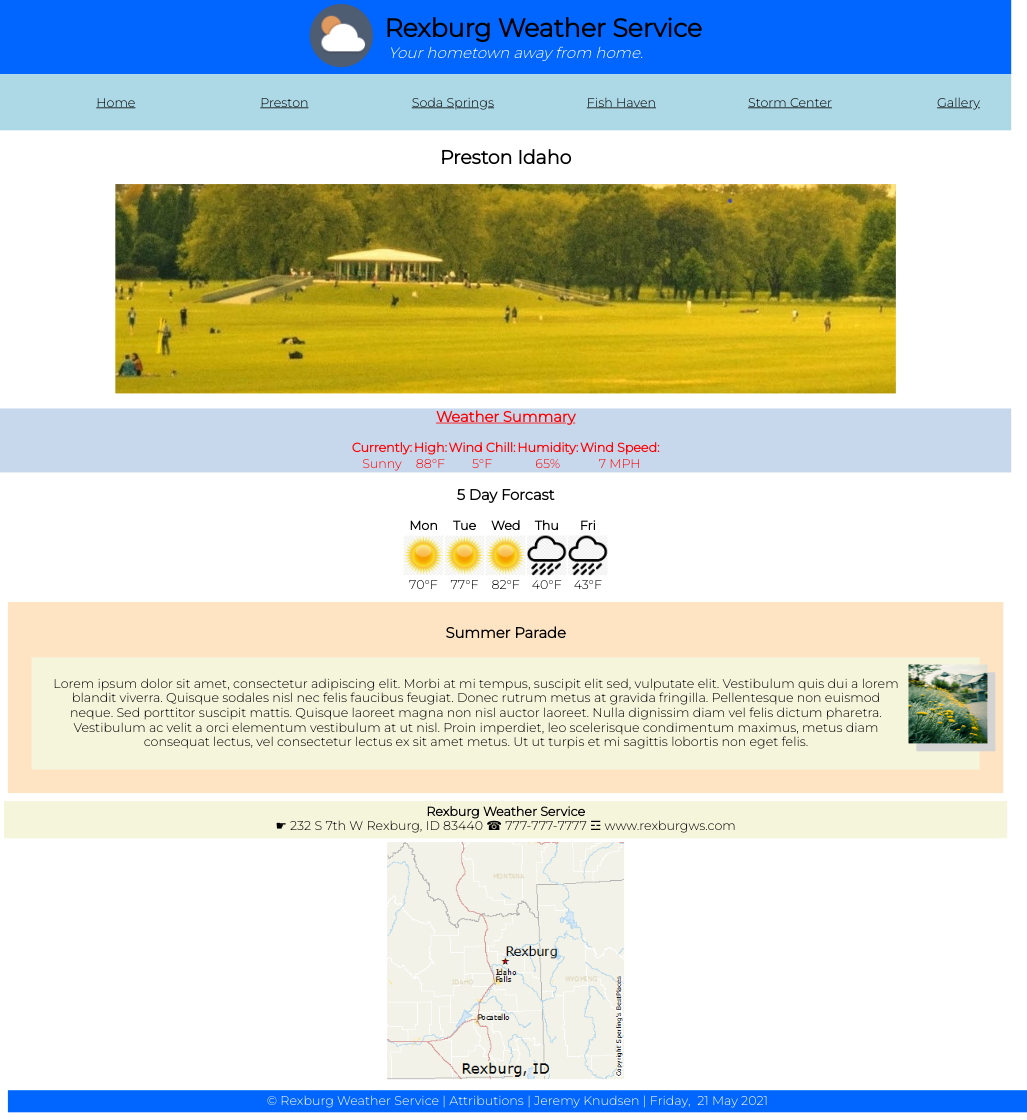
Repository: jknudsen97/jknudsen97.github.io
Page: lesson05/preston-5.html
The author's editor kept a copy of each file at every save. The page is drawn from the files as they stood at one save, then again after the next save.
The browser window is 1280 px wide. The page is 1300 px wide, so the pictures cover 1300 px, including what lies to the right of the window. The pictures show the whole page, at 79% of full size.

Above is the page before, as saved 2021-05-22 23:17:30.

### lesson05/preston-5.html
<!DOCTYPE html>
<html lang="en">
<head>
    <meta charset="UTF-8">
    <meta http-equiv="X-UA-Compatible" content="IE=edge">
    <meta name="viewport" content="width=device-width, initial-scale=1.0">
    <title>Rexburg Weather Service</title>
    <meta name="description" content="This will be the main preston town page"/>
    <link rel="preconnect" href="https://fonts.gstatic.com">
    <link href="https://fonts.googleapis.com/css2?family=Montserrat:wght@100;300&display=swap" rel="stylesheet">
    <link rel="preconnect" href="https://fonts.gstatic.com">
    <link href="https://fonts.googleapis.com/css2?family=Nunito:wght@300&display=swap" rel="stylesheet">
    <script defer src="js/script.js"></script>
    <link rel="stylesheet" href="https://cdnjs.cloudflare.com/ajax/libs/normalize/8.0.1/normalize.min.css">
    <link rel="stylesheet" href="css/main.css"/>
    <link rel="stylesheet" href="css/medium.css"/>
    <link rel="stylesheet" href="css/large.css"/>
</head>
<body>
    <header>
        <picture>
            <img src="images/logo.png" alt="Preston logo">
        </picture>
        <section class="headings">
            <h1>Rexburg Weather Service</h1>
            <div class="motto">Your hometown away from home.</div>
        </section>
    </header>

    <div class="nav">
        <div class="hamburger">
            <span class="bar"></span>
            <span class="bar"></span>
            <span class="bar"></span>
        </div>
        <ul class="menu">
            <li><a href="#home" class="link">Home</a></li>
            <li><a href="#preston" class="link">Preston</a></li>
            <li><a href="#sodaSprings" class="link">Soda Springs</a></li>
            <li><a href="#fishHaven" class="link">Fish Haven</a></li>
            <li><a href="#stormCenter" class="link">Storm Center</a></li>
            <li><a href="#gallery" class="link">Gallery</a></li>
        </ul>
    </div>
    <main>
        <div>
            <h2>Preston Idaho</h2>
                    <img class="stock1" src="images/stock1.jpg" alt="Stock Photo 1">
                    <div class="summary">
                        <h3><b><u>Weather Summary</h3></u></b></h3>
                        <table class="sum-titles">
                            <tr class="sum-data">
                                <th>Currently: </th>
                                <th>High: </th>
                                <th>Wind Chill: </th>
                                <th>Humidity: </th>
                                <th>Wind Speed: </th>
                            </tr>
                            <tr>
                                <td class="s-color">Sunny</td>
                                <td class="s-color">88&#176;F</td>
                                <td class="s-color">5&#176;F</td>
                                <td class="s-color">65%</td>
                                <td class="s-color">7 MPH</td>
                            </tr>
                        </table>
                    </div>
                    <div class="weather">
                        <h3>5 Day Forcast</h3>
                        <table class="table">
                            <tr class="days">
                                <th>Mon</th>
                                <th>Tue</th>
                                <th>Wed</th>
                                <th>Thu</th>
                                <th>Fri</th>
                            </tr>
                            <tr>
                                <td><img class="sunny" src="images/sunny.png" alt="Sunny Thumbnail"><span>70&#176;F</span></td>
                                <td><img class="sunny" src="images/sunny.png" alt="Sunny Thumbnail"><span>77&#176;F</span></td>
                                <td><img class="sunny" src="images/sunny.png" alt="Sunny Thumbnail"><span>82&#176;F</span></td>
                                <td><img class="rainy" src="images/rainy.png" alt="Sunny Thumbnail"><span>40&#176;F</span></td>
                                <td><img class="rainy" src="images/rainy.png" alt="Sunny Thumbnail"><span>43&#176;F</span></td>
                            </tr>
                        </table>
                    </div>
                    <div class="background">
                    <h3>Summer Parade</h3>
                    <img class="stock2" src="images/stock2.jpg" alt="Stock Photo 2">
                <div class="fillerText">
                    <p>
                    Lorem ipsum dolor sit amet, consectetur adipiscing elit.
                    Morbi at mi tempus,
                    suscipit elit sed,
                    vulputate elit. Vestibulum quis dui a lorem blandit viverra.
                    Quisque sodales nisl nec felis faucibus feugiat.
                    Donec rutrum metus at gravida fringilla.
                    Pellentesque non euismod neque.
                    Sed porttitor suscipit mattis.
                    Quisque laoreet magna non nisl auctor laoreet.
                    Nulla dignissim diam vel felis dictum pharetra.
                    Vestibulum ac velit a orci elementum vestibulum at ut nisl.
                    Proin imperdiet, leo scelerisque condimentum maximus,
                    metus diam consequat lectus,
                    vel consectetur lectus ex sit amet metus.
                    Ut ut turpis et mi sagittis lobortis non eget felis.
                    </p>
                </div>
            </div>
        </div>
        <div class="contact">
            <p class="contact-info"><b>Rexburg Weather Service</b>
            &#9755;	232 S 7th W
            Rexburg, ID 83440
            &#9742; 777-777-7777
            &#9778; www.rexburgws.com</p>
        </div>
        <div class="map">
            <img src="images/map.png" alt="Rexburg Map">
        </div>
    </main>
    <footer>
        <div>&copy; Rexburg Weather Service | Attributions | Jeremy Knudsen |&nbsp;</div>
        <div class="current">
            <span id="currentDayofWeek"></span>, &nbsp;
            <span id="currentDay"></span> &nbsp; <span id="currentMonth"></span> &nbsp;
            <span id="currentYear"></span>
        </div>
    </footer>
</body>
</html>

### lesson05/css/main.css
header {
    background-color: #0066ff;
    padding: 5px;
    display: flex;
    align-items: center;
    justify-content: center;
}

header img{
    width: 50px;
    height: auto;
}

body{
    font-family: 'Montserrat', sans-serif;
}

main{
    text-align: center;
}

p{
    justify-content: center;
    background-color: beige;
    padding: 25px;
    margin: 20px;
}

.headings {
    display: flex;
    flex-direction: column;
}

.headings h1{
    font-size: 1em;
    margin: 0 0 0 15px;
}

.motto{
    font-style: italic;
    color: white;
    margin-left: 20px;
    font-size: 1.2rem;
}

.nav{
    overflow: hidden;
    background-color: lightblue;
    position: relative;
}

.menu{
    overflow: hidden;
    display: none;
}

.menu li{
    list-style: none;
    text-decoration: none;
    flex: 1;
    text-align: center;
    justify-content: center;
    box-sizing: border-box;
    line-height: 1.5rem;
}

.menu a{
    color: black;
    justify-content: space-between;
    text-align: center;
    list-style-type: none;
    flex-direction: row;
    align-items: center;
    display: block;
}

.menu.active{
    display: block;
    padding-inline-start: 0px;
}

a.link{
    padding: 7.5px;
}

.nav a.icon{
    background: black;
    display: block;
    position: absolute;
    right: 0;
    top: 0;
}

.hamburger{
    display: none;
}

.bar{
    display: block;
    width: 25px;
    height: 3px;
    margin: 5px auto;
    -webkit-transition: all 0.3s ease-in-out;
    transition: all 0.3s ease-in-out;
    background-color: black;
}

footer {
    margin: 10 px;
    color: white;
    background-color: #0066ff;
    padding: 5px;
    display: flex;
    align-items: center;
    justify-content: center;
    flex-direction: column;
}

.hamburger{
    display: block;
    cursor: pointer;
}

.hamburger.active .bar:nth-child(2) {
    opacity: 0;
}

.hamburger.active .bar:nth-child(1) {
    transform: translateY(8px) rotate(45deg);
}

.hamburger.active .bar:nth-child(3) {
    transform: translateY(-8px) rotate(-45deg);
}

.headings h1{
    font-size: 3rem;
}

.header img{
    width: 120px;
    height: auto;
}

/*Lesson05*/

.stock1{
    display: block;
    align-items: center;
    margin-left: auto;
    margin-right: auto;
    max-width: 95%;
    height: auto;
}

.stock2{
    box-shadow: 10px 10px lightgray;
    margin: 10px;
    float: right;
    width: 100px;
    height: 100px;
}

.fillertext{
    padding: 15px;
    margin: 10px;
    text-align: justify;
}

.background{
    justify-content: center;
    display: block;
    background-color: bisque;
    padding: 10px;
    margin: 10px;
}

.weather{
    display: none;
}

.contact-info{
    margin: 5px;
    padding: 5px;
    display: flex;
    flex-direction: column;
}

.map{
    display: none;
}

.summary{

    display: block;
    color: red;
    background-color: rgba(34, 99, 185, 0.25)
}

.sum-titles{
    border-collapse: collapse;
    margin-left: auto;
    margin-right: auto;
}

.s-colors{
    color: purple;
}

### lesson05/css/medium.css
@media only screen and (min-width: 32.5em){
    .menu{
        display: flex;
    }

    header img{
        width: 80px;
        height: auto;
    }

    .headings h1{
        font-size: 2rem;
    }

    .hamburger{
        display: none;
    }

    footer{
        margin: 10px;
        flex-direction: row;
        width: 100%;
    }

    /*Lesson05*/

    .stock1{
        height: 10%;
    }

    .weather{
        display: contents;
    }

    .table{
        border-collapse: collapse;
        margin-left: auto;
        margin-right: auto;
    }

    th, td{
        border: 1px black;
    }

    .sunny{
        width: 50px;
        height: 50px;
    }

    .rainy{
        width: 50px;
        height: 50px;
    }

    span{
        display: block;
    }

    .current{
        display: flex;
        flex-direction: row;
    }

    .map{
        display: contents;
        float: left;
        width: 150px;
        height: 150px;
    }

}

### lesson05/css/large.css
@media only screen and (min-width: 60em){
    .menu{
        display: flex;
        top: 5rem;
        border-radius: 10px;
        justify-content: space-between;
        width: 100%;
        transition: 0.3s;
    }
}

### lesson05/js/script.js
const hamburger = document.querySelector(".hamburger");
const menu = document.querySelector(".menu");
hamburger.addEventListener("click", mobileMenu);

function mobileMenu() {
    hamburger.classList.toggle("active");
    menu.classList.toggle("active");
}

const link = document.querySelectorAll(".link");
link.forEach(n => n.addEventListener("click", closeMenu));

function closeMenu(){
    hamburger.classList.remove("active");
    menu.classList.remove("active");
}

var d = new Date();
var weekday = new Array(7);
weekday[0] = "Sunday";
weekday[1] = "Monday";
weekday[2] = "Tuesday";
weekday[3] = "Wednesday";
weekday[4] = "Thursday";
weekday[5] = "Friday";
weekday[6] = "Saturday";

var n = weekday[d.getDay()];
document.querySelector("#currentDayofWeek").innerHTML = n;

var n = d.getDate();
document.querySelector("#currentDay").innerHTML = n;

var month = new Array();
month[0] = "January";
month[1] = "February";
month[2] = "March";
month[3] = "April";
month[4] = "May";
month[5] = "June";
month[6] = "July";
month[7] = "August";
month[8] = "September";
month[9] = "October";
month[10] = "November";
month[11] = "December";

var n = month[d.getMonth()];
document.querySelector("#currentMonth").innerHTML = n;

var n = d.getFullYear();
document.querySelector("#currentYear").innerHTML = n;

After the next save:
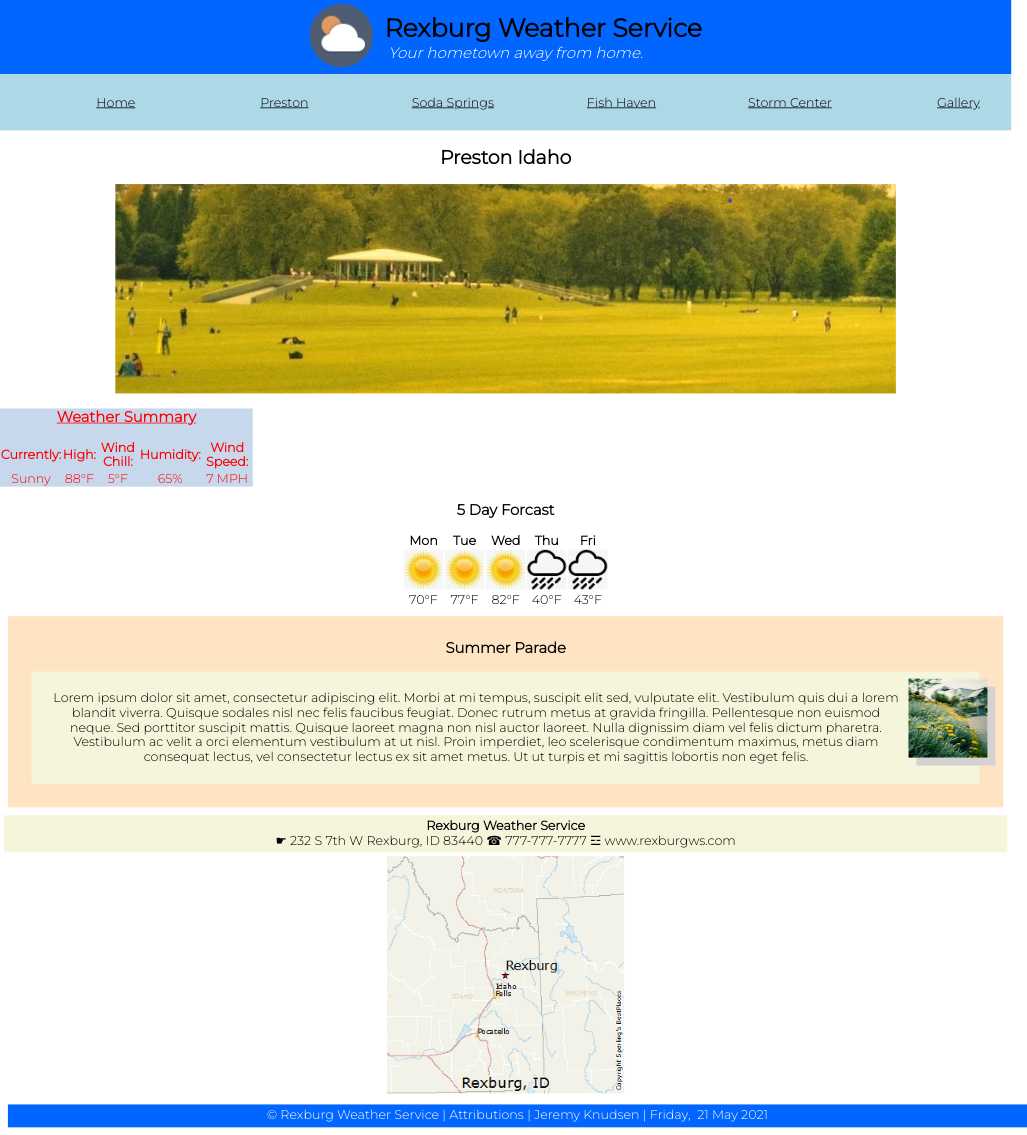
Saved 2 min 25 s later.
--- a/lesson05/css/main.css
+++ b/lesson05/css/main.css
@@ -191,7 +191,8 @@ footer {
 }
 
 .summary{
-
+    max-width: 25%;
+    height: auto;
     display: block;
     color: red;
     background-color: rgba(34, 99, 185, 0.25)
